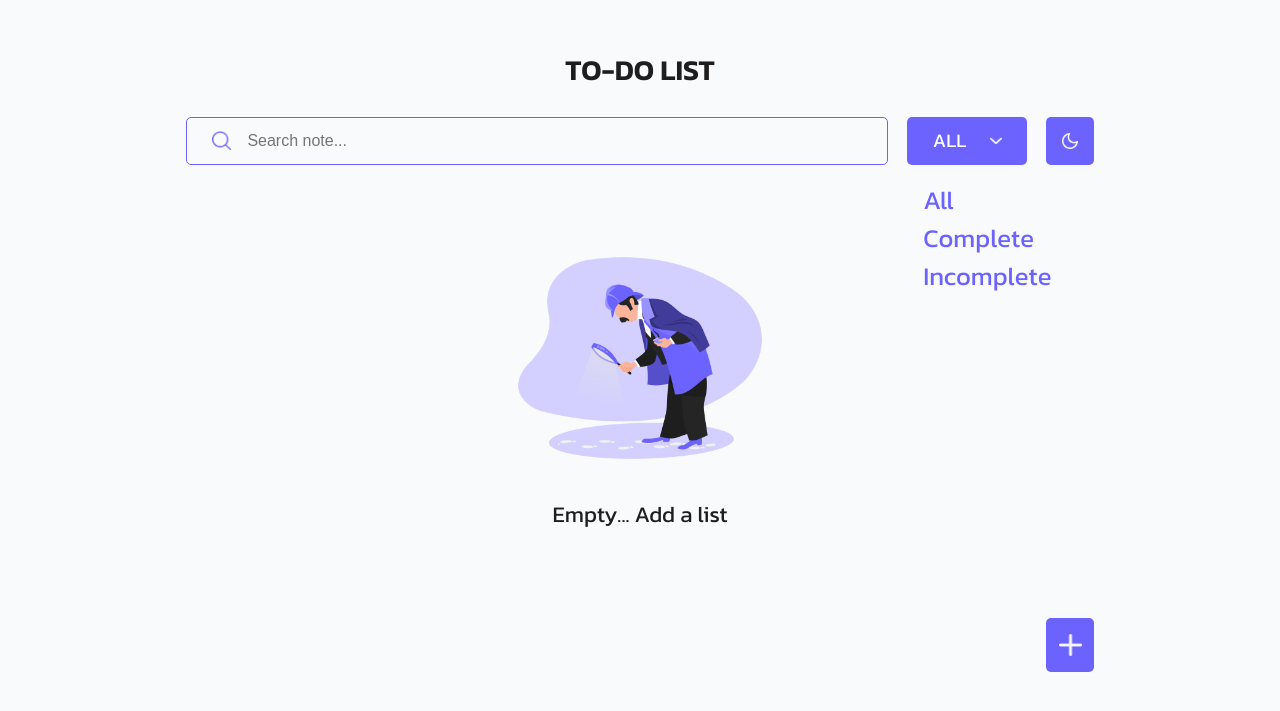
Repository: Marykeje/To-do-list
Page: index.html
These files come from the project's save history. The page is drawn as it stood at one moment and after a run of saves; the edit follows.
The browser window is 1280 px wide. The pictures show the whole page.
The style sheet was rebuilt from its Sass, Less or Tailwind sources for each picture, by a compiler version that may differ from the author's.

Above is the page before, as saved 2025-12-03 11:13:46.

### index.html
<!DOCTYPE html>
<html lang="en">
  <head>
    <meta charset="UTF-8" />
    <meta name="viewport" content="width=device-width, initial-scale=1.0" />
    <title>To-do-list</title>

    <link rel="stylesheet" href="./css/style.css" />
  </head>
  <body>
    <div class="to-do container">
      <div class="header">
        <h1 class="header__title">To-do List</h1>
        <div class="header__heading-info">
          <div class="header__search">
            <img src="./img/search-icon.png" alt="search-icon" />
            <input type="text" placeholder="Search note..." />
          </div>
          <div class="header__btns">
            <div class="header__all-select">
              <div class="header__select-part">
                <p>ALL</p>
                <img src="./img/chevron-top.png" alt="" />
              </div>
              <div class="header__all-dropdown">
                <p>All</p>
                <p>Complete</p>
                <p>Incomplete</p>
              </div>
            </div>
            <div class="header__mode">
              <img src="./img/mode-icon.png" alt="" />
            </div>
          </div>
        </div>
      </div>
      <div class="empty">
        <img src="./img/empty-icon.png" alt="" />
        <p>Empty... Add a list</p>
      </div>
      <div class="add-list">
        <div class="add-list__list-item">
          <div class="add-list__lists">
            <div class="add-list__list-check">
              <div>
                <input type="checkbox" />
              </div>
              <p>NOTE 1</p>
            </div>
            <div class="add-list__edit-icons">
              <img src="./img/edit-icon.svg" alt="" />
              <img src="./img/delete-icon.svg" alt="" />
            </div>
          </div>
          <div class="add-list__lists">
            <div class="add-list__list-check">
              <div>
                <input type="checkbox" />
              </div>
              <p>NOTE 2</p>
            </div>
            <div class="add-list__edit-icons">
              <img src="./img/edit-icon.svg" alt="" />
              <img src="./img/delete-icon.svg" alt="" />
            </div>
          </div>
          <div class="add-list__lists">
            <div class="add-list__list-check">
              <label class="check">
                <input type="checkbox" id="my-check" />
                <span class="check__checkmark"></span>
              </label>
              <p>NOTE 3</p>
            </div>
            <div class="add-list__edit-icons">
              <img src="./img/edit-icon.svg" alt="" />
              <img src="./img/delete-icon.svg" alt="" />
            </div>
          </div>
        </div>
      </div>
      <div class="add-icon" id="add-btn" onclick="openModal()">
        <img src="./img/plus-icon.png" alt="" />
      </div>
    </div>

    <!-- for add list pop up -->
    <div class="modal" id="modal">
      <div class="modal__heading">
        <h4>New note</h4>
        <div class="header__search">
          <input type="text" placeholder="Input your note" />
        </div>
      </div>
      <div class="btns">
        <button class="btns__cancel" id="cancel-modal" onclick="closeModal()">
          Cancel
        </button>
        <button class="btns__apply" id="apply">Apply</button>
      </div>
    </div>
    <div class="overlay hidden" id="closeOverlay"></div>

    <script src="./js/script.js"></script>
  </body>
</html>

### js/script.js
function cancel() {}

// getting the elements
// let cancel = (document.getElementById("cancel").style.display = "none");

// let open = document.getElementById("add");
// let modal = document.getElementByIdby("openModal");
// let cancelModal = document.getElementById("cancelModal");

// when button is opened
// modal.addEventListener("click", () => {
// open.style.display = ""
// modal.style.display = "block"; // show modal
// });

// const openModal = function () {
// console.log("Button clicked");
// modal.classList.add("open"); //gives the list of css class in the element
// };

function openModal() {
  const clickOpen = document.getElementById("add-btn");
  const modal = document.getElementById("modal");
  const overlay = document.getElementById("closeOverlay");

  // const closeModal = document.getElementById("cancelModal");

  clickOpen.style.display = "block";
  modal.style.display = "block";
  overlay.style.display = "block";
  // closeModal.style.display.hidden = "";

  // console.log(modal.style.display)
}

// openModal()
// for the close modal
function closeModal() {
  const closeModal = document.getElementById("cancel-modal");
  const modal = document.getElementById("modal");
  const overlay = document.getElementById("closeOverlay");

  closeModal.style.display = "block";
  modal.style.display = "none";
  overlay.style.display = "none";
}

### sass/main.scss
@import "./pages/style.scss";

### sass/pages/style.scss
/* Inter Font Import */
@import url("https://fonts.googleapis.com/css2?family=Inter:ital,opsz,wght@0,14..32,100..900;1,14..32,100..900&display=swap");

//  for roboto font
@import url("https://fonts.googleapis.com/css2?family=Montserrat:ital,wght@0,100..900;1,100..900&family=Roboto:ital,wght@0,100..900;1,100..900&display=swap");
// Kanit
@import url("https://fonts.googleapis.com/css2?family=Kanit:ital,wght@0,300;0,400;0,500;0,600;0,700;1,300;1,400;1,500;1,600;1,700&display=swap");

* {
  margin: 0;
  padding: 0;
  box-sizing: border-box;
}

.html {
  font-size: 50%;
}

body {
  font-size: 1.6rem;
  // font-weight: 500;
  font-family: "Kanit", sans-serif;
  background-color: #f9fafb;
  color: #1e1e1e;
}

.container {
  max-width: 60rem;
  margin: auto;
  padding: 3rem 1.6rem;
  height: 100vh;
}

.to-do {
  display: flex;
  flex-direction: column;
  gap: 2.4rem;
}

.header {
  display: flex;
  flex-direction: column;
  gap: 1.6rem;

  @media (max-width: 650px) {
    gap: 1.2rem;
  }

  &__title {
    font-size: 1.8rem;
    font-weight: 600;
    text-align: center;
    text-transform: uppercase;

    @media (max-width: 550px) {
      font-size: 1.4rem;
    }
  }

  &__heading-info {
    display: flex;
    align-items: center;
    gap: 1.2rem;

    @media (max-width: 550px) {
      // gap: 1rem;
      flex-wrap: wrap;
    }
  }

  &__search {
    padding: 0.8rem 1.6rem;
    border: 1px solid #6c63ff;
    border-radius: 5px;

    display: flex;
    align-items: center;
    gap: 1rem;

    width: 100%;
    height: 3rem;

    @media (max-width: 450px) {
      padding: 5px 0.8rem;
      height: 3rem;
    }

    @media (max-width: 350px) {
      height: 2rem;
    }

    & img {
      display: block;
      width: 1.2rem;
    }
  }

  &__btns {
    display: flex;
    align-items: center;
    gap: 1.2rem;

    @media (max-width: 550px) {
      gap: 0.8rem;
    }
  }

  &__all-select {
    position: relative;
  }

  &__select-part {
    display: flex;
    align-items: center;
    justify-content: space-between;
    gap: 1.4rem;

    padding: 1rem 1.6rem;
    height: 3rem;

    font-size: 1.2rem;
    background-color: #6c63ff;
    color: #ffffff;
    border-radius: 5px;

    @media (max-width: 550px) {
      height: 2.5rem;
    }

    & img {
      display: block;
      width: 0.8rem;
    }
  }

  &__all-dropdown {
    position: absolute;
    padding: 1rem;

    color: #6c63ff;
  }

  &__mode {
    background-color: #6c63ff;
    color: #ffffff;
    border-radius: 5px;
    cursor: pointer;

    padding: 1rem;
    height: 3rem;
    width: 3rem;

    display: flex;
    justify-content: center;

    @media (max-width: 550px) {
      height: 2.5rem;
      padding: 0.8rem;
    }

    & img {
      display: block;
      width: 1.4rem;

      @media (max-width: 550px) {
        width: 1.2rem;
      }
    }
  }
}

.empty {
  display: flex;
  flex-direction: column;
  align-items: center;
  justify-content: center;
  gap: 2rem;

  height: 60vh;

  @media (max-width: 550px) {
    height: 55vh;
  }

  & img {
    display: block;
    width: 17rem;

    @media (max-width: 550px) {
      width: 12rem;
    }
  }

  & p {
    font-size: 1.4rem;

    @media (max-width: 550px) {
      font-size: 1rem;
    }
  }
}

.add-list {
  display: flex;
  flex-direction: column;
  gap: 2.4rem;

  font-family: "inter";

  padding: 0rem 7rem;
  height: 60vh;

  display: none;

  &__lists {
    padding: 1rem;
    border-bottom: 1px solid #6c63ff;

    display: flex;
    justify-content: space-between;
  }

  &__list-check {
    display: flex;
    align-items: center;
    gap: 1.2rem;

    & p {
      font-weight: 600;
    }
  }

  &__edit-icon {
    display: flex;
    align-items: center;
    gap: 1.2rem;

    & img {
      display: block;
      width: 1.8rem;
      color: #cdcdcd;
    }
  }
}

.add-icon {
  background-color: #6c63ff;
  color: #ffffff;
  border-radius: 5px;
  cursor: pointer;

  padding: 1rem;
  margin-left: auto;
  width: 3rem;

  display: flex;
  justify-content: center;

  @media (max-width: 550px) {
    height: 2.5rem;
    padding: 0.8rem;
  }

  & img {
    display: block;
    width: 1.4rem;

    @media (max-width: 550px) {
      width: 1.2rem;
    }
  }
}

input {
  width: 100%;
  border: none;
  font-size: 1rem;

  background: transparent;

  &:focus {
    outline: none;
  }

  &::placeholder {
    @media (max-width: 350px) {
      font-size: 0.8rem;
    }
  }
}

.check {
  display: block;
  position: relative;
  padding-left: 2rem;
  cursor: pointer;
  font-size: 1.6rem;
  user-select: none; /* prevent text selection*/

  // input[type="checkbox"] {
  // position: absolute;
  // opacity: 0; /* hides the actual result*/
  // height: 0;
  // width: 0;
  // -webkit-appearance: none;
  // }

  &__checkmark {
    position: absolute;
    top: 0;
    left: 0;
    height: 2rem;
    width: 2rem;
    // background-color: #fff;
    border: 1px solid #6c63ff;
    border-radius: 5px;

    & ::after {
      content: "";
      position: absolute;
      display: none;
      left: 0.9prem;
      top: 5px;
      height: 1rem;
      border: #ffffff;
      // border-width: 0 3px 3px 0;
      // transform: rotate(45deg);
    }

    input[type="checkbox"]:checked {
      background-color: #6c63ff;
      border: none;

      display: none;
    }
  }
}

// modal style
.overlay {
  position: fixed;
  top: 0;
  left: 0;
  width: 100vw;
  height: 100vh;
  background-color: rgba($color: #1a1a1a, $alpha: 0.8);
  cursor: pointer;
  z-index: 9999;

  &.hidden {
    display: none;
  }
}

.modal {
  position: fixed;
  left: 50%;
  top: 35%;
  z-index: 99999;

  width: 40rem;
  max-width: 90dvw;
  // height: 100dvh;
  // transform: translateX(100%);
  transform: translate(-50%, -50%);

  background-color: #ffffff;
  border-radius: 1.6rem;

  // transition: all 0.3s ease-out;

  padding: 2.4rem;

  display: flex;
  flex-direction: column;
  gap: 2rem;

  display: none;

  @media (max-width: 540px) {
    width: 30rem;
    padding: 1.8rem;
  }

  @media (max-width: 450px) {
    padding: 1rem 1.4rem;
  }

  @media (max-width: 350px) {
    top: initial;
    bottom: 0;
    right: 0;

    width: 100%;
    transform: translate(-50%, 0);
    border-bottom-left-radius: 0;
    border-bottom-right-radius: 0;

    padding: 1rem;
    // max-width: 100dvw;
  }

  .open {
    transform: translate(-50%, -50%) scale(1);
    pointer-events: all;
    overflow-y: auto;

    @media (max-width: 450px) {
      // transform: translate(0, 0);
    }
  }

  &__heading {
    height: 12rem;

    display: flex;
    flex-direction: column;
    align-items: center;
    gap: 1.4rem;

    @media (max-width: 540px) {
      gap: 1rem;
    }

    @media (max-width: 350px) {
      gap: 0.8rem;
    }

    & h4 {
      text-transform: uppercase;
      font-size: 1.4rem;

      @media (max-width: 350px) {
        font-size: 1.2rem;
      }
    }
  }
}

.btns {
  display: flex;
  justify-content: space-between;

  &__cancel {
    text-transform: uppercase;
    color: #6c63ff;
    font-weight: 700;
    background: none;
    border: 1.5px solid #6c63ff;
    border-radius: 5px;

    padding: 0.8rem 1.2rem;

    cursor: pointer;

    @media (max-width: 450px) {
      padding: 0.8rem 1rem;
      font-weight: 600;
    }

    @media (max-width: 350px) {
      padding: 5px 7px;
      font-weight: 500;
    }
  }

  &__apply {
    text-transform: uppercase;
    color: #ffffff;
    font-weight: 700;
    background: #6c63ff;
    border: none;
    border-radius: 5px;

    padding: 0.8rem 1.2rem;

    cursor: pointer;

    @media (max-width: 450px) {
      padding: 0.8rem 1rem;
      font-weight: 600;
    }

    @media (max-width: 350px) {
      padding: 5px 7px;
      font-weight: 500;
    }
  }
}

After the next 2 saves:
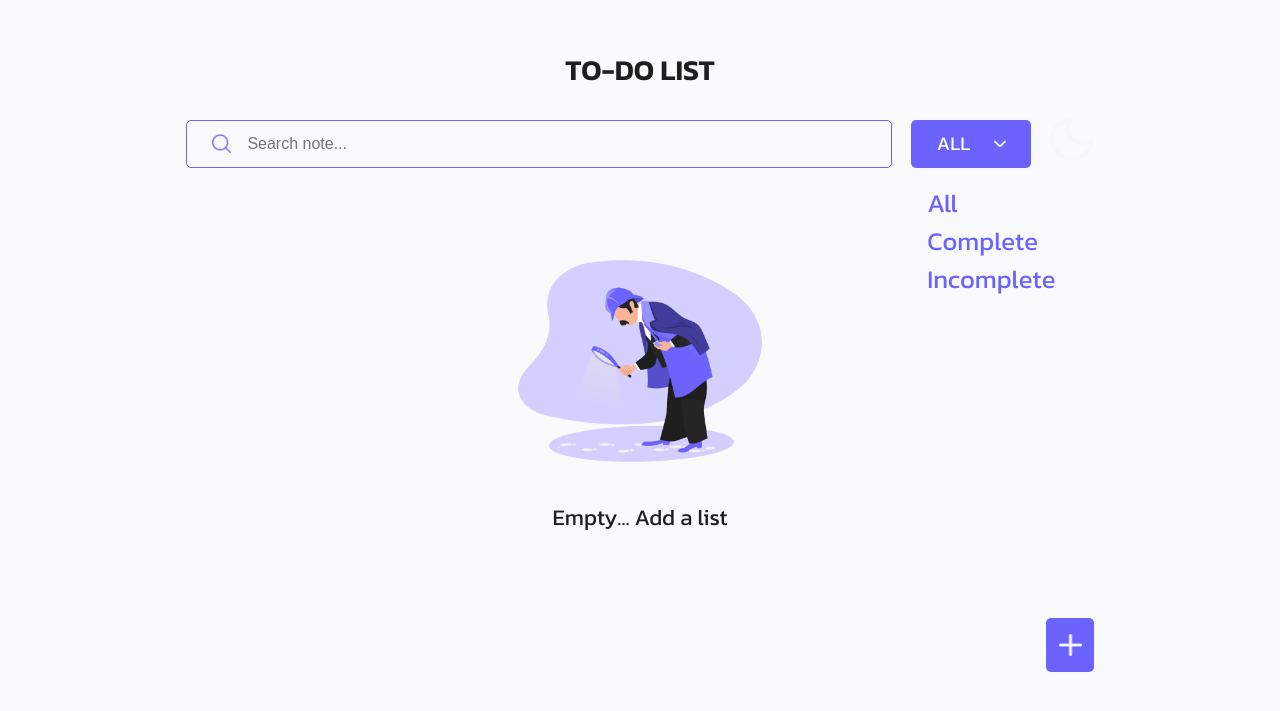
The 2 saves are shown as one change because they came seconds apart.
The last was saved 22 s later.
--- a/index.html
+++ b/index.html
@@ -28,7 +28,7 @@
                 <p>Incomplete</p>
               </div>
             </div>
-            <div class="header__mode">
+            <div class="header__mode-btn">
               <img src="./img/mode-icon.png" alt="" />
             </div>
           </div>

After the save that followed:
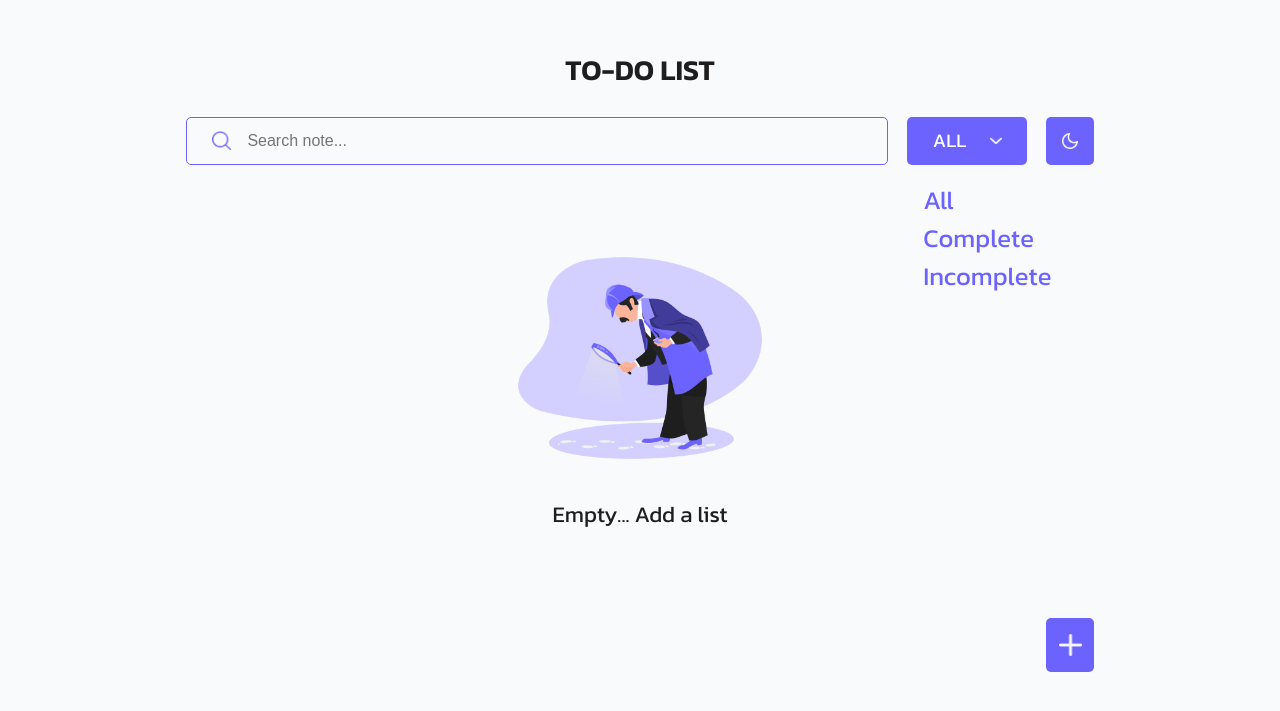
Saved 36 s later.
--- a/sass/pages/style.scss
+++ b/sass/pages/style.scss
@@ -140,7 +140,7 @@ body {
     color: #6c63ff;
   }
 
-  &__mode {
+  &__mode-btn {
     background-color: #6c63ff;
     color: #ffffff;
     border-radius: 5px;
